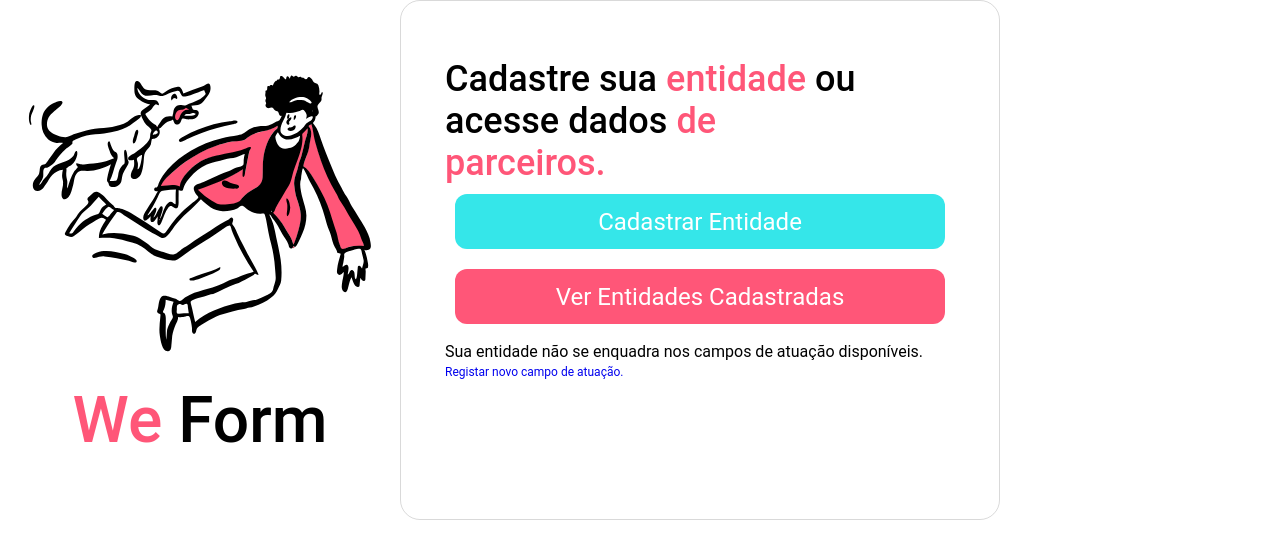
Repository: guilhermecardoso93/we-form
Page: index.html
An editor plug-in stored every save of this project. The page is shown before and after the next save, followed by the edit.
The browser window is 1280 px wide. The pictures show the whole page.

Above is the page before, as saved 2024-06-09 17:33:51.

After the next save:
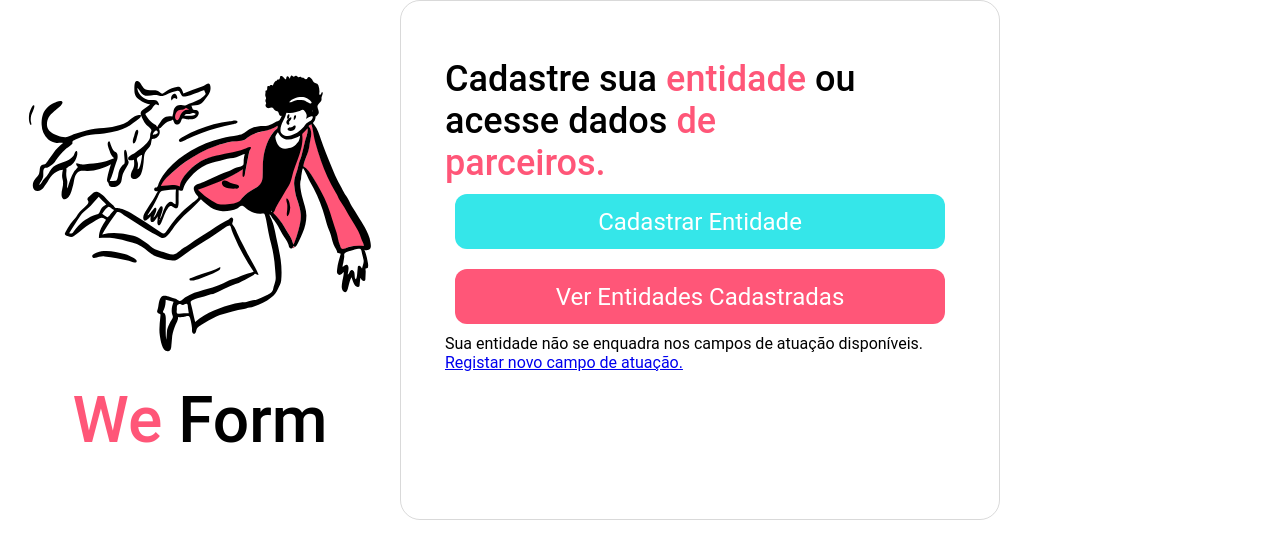
Saved 11 s later.
--- a/index.html
+++ b/index.html
@@ -28,7 +28,7 @@
                 <a href="http://">Ver Entidades Cadastradas</a>
             </button>
             </div>
-            <div class="rodape">
+            <div class="footer">
                 <p>Sua entidade não se enquadra nos campos de atuação disponíveis.</p>
                 <a href="http://">Registar novo campo de atuação.</a>
             </div>
